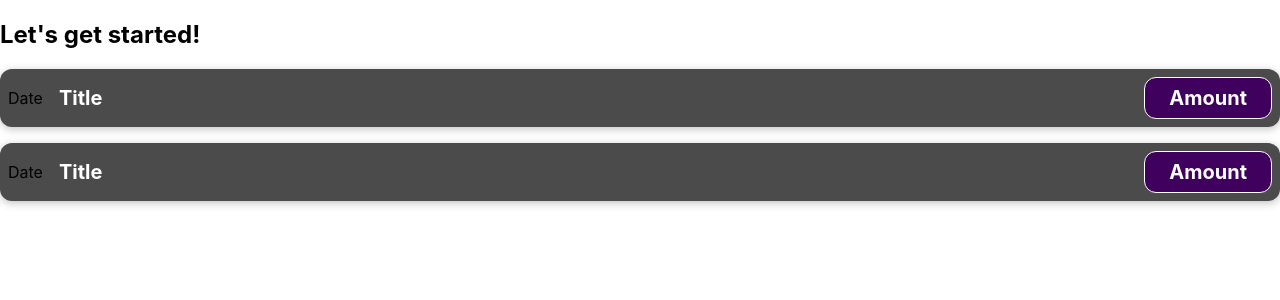
Repository: andresmazza/react-lesson
Page: /
The author's editor kept a copy of each file at every save. The page is drawn from the files as they stood at one save, then again after a run of saves.
The browser window is 1280 px wide. The pictures show the whole page.
The project was rebuilt for these pictures with package versions that can differ from the ones it lists, and the page was loaded fresh each time. Also part of the build but not shown: src/App.css.

Above is the page before, as saved 2023-04-07 23:02:09.

After the next 2 saves:
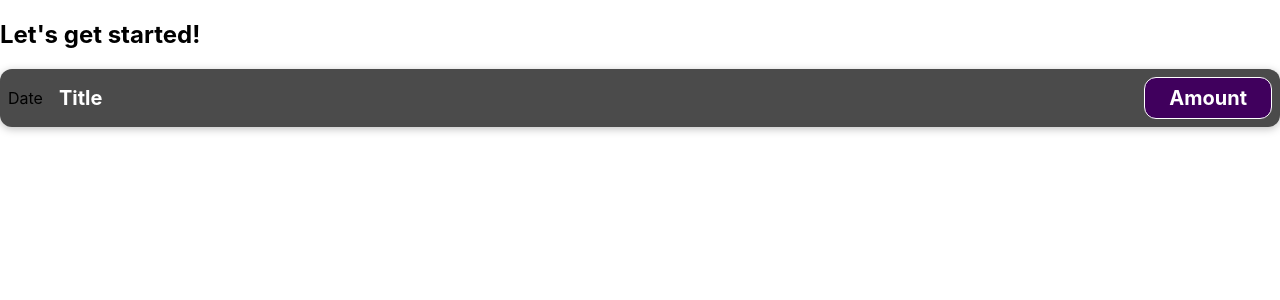
The 2 saves are shown as one change because they came seconds apart.
The last was saved 47 s later.
--- a/src/App.js
+++ b/src/App.js
@@ -6,7 +6,6 @@ function App() {
     <div>
       <h2>Let's get started!</h2>
       <ExpenseItem></ExpenseItem>
-      <ExpenseItem></ExpenseItem>
     </div>
   );
 }
